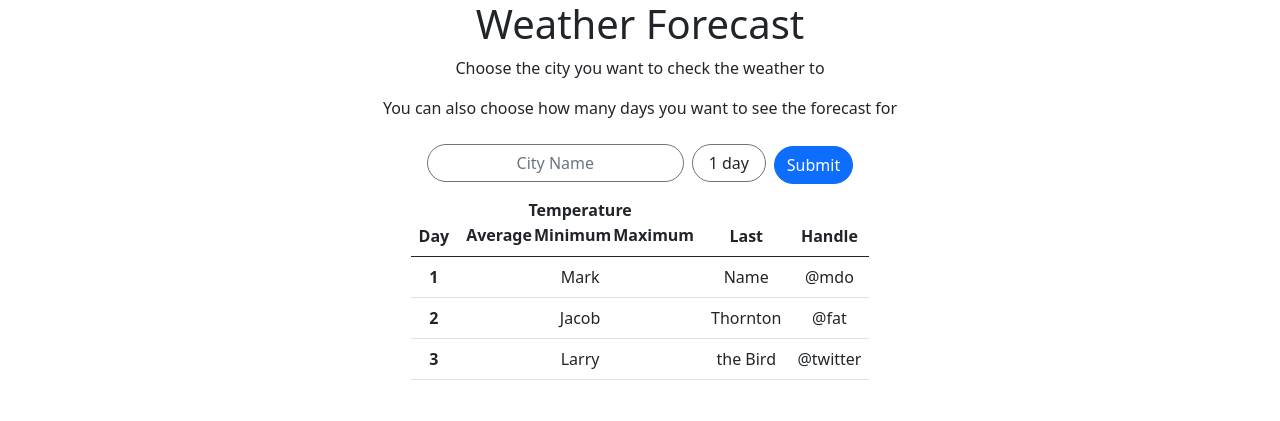
Repository: DimitrisDoxopoulos/my-own-weather-app
Page: /
The author's editor kept a copy of each file at every save. The page is drawn from the files as they stood at one save, then again after the next save.
The browser window is 1280 px wide. The pictures show the whole page.
The project was rebuilt for these pictures with package versions that can differ from the ones it lists, and the page was loaded fresh each time.

Above is the page before, as saved 2021-06-03 19:58:36.

After the next save:
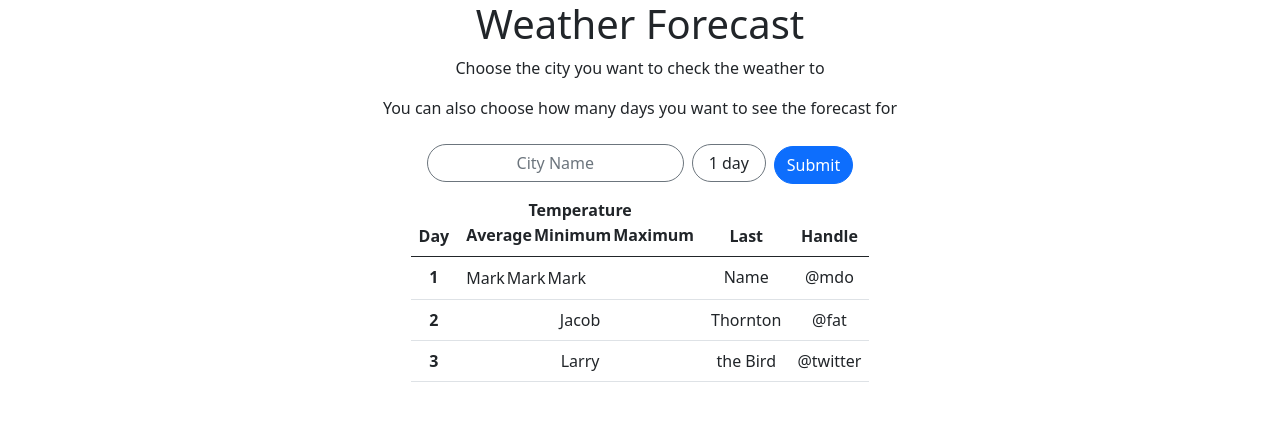
Saved 22 s later.
--- a/src/components/WeatherForecast.js
+++ b/src/components/WeatherForecast.js
@@ -20,7 +20,11 @@
                 <tbody>
                     <tr>
                     <th scope="row">1</th>
-                    <td>Mark</td>
+                    <td>
+                        <td>Mark</td>
+                        <td>Mark</td>
+                        <td>Mark</td>
+                    </td>
                     <td>Name</td>
                     <td>@mdo</td>
                     </tr>

After the save that followed:
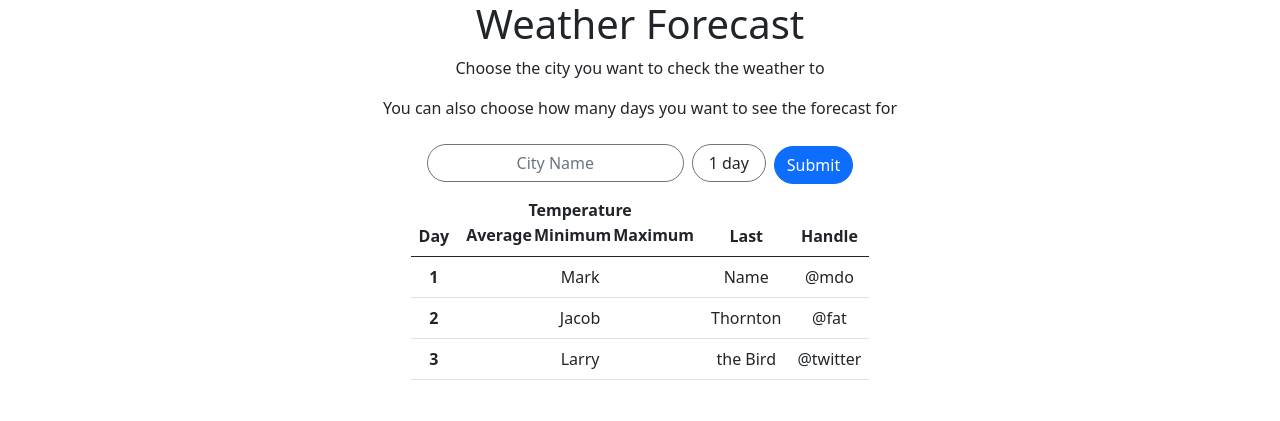
Saved 78 s later.
--- a/src/components/WeatherForecast.js
+++ b/src/components/WeatherForecast.js
@@ -20,11 +20,7 @@
                 <tbody>
                     <tr>
                     <th scope="row">1</th>
-                    <td>
-                        <td>Mark</td>
-                        <td>Mark</td>
-                        <td>Mark</td>
-                    </td>
+                    <td>Mark</td>
                     <td>Name</td>
                     <td>@mdo</td>
                     </tr>
